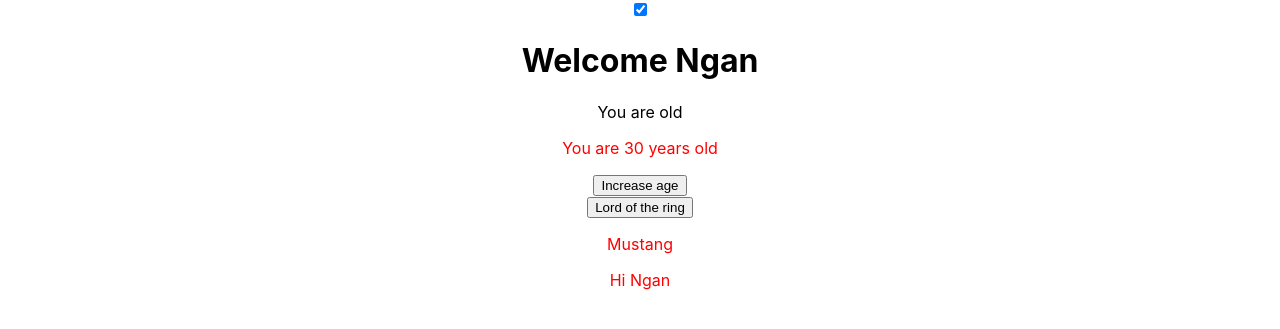
Repository: nguyenthibichngan/learn-react-redux
Page: /
An editor plug-in stored every save of this project. The page is shown before and after the next save, followed by the edit.
The browser window is 1280 px wide. The pictures show the whole page.
The project was rebuilt for these pictures with package versions that can differ from the ones it lists, and the page was loaded fresh each time.

Above is the page before, as saved 2023-09-11 15:08:31.

After the next save:
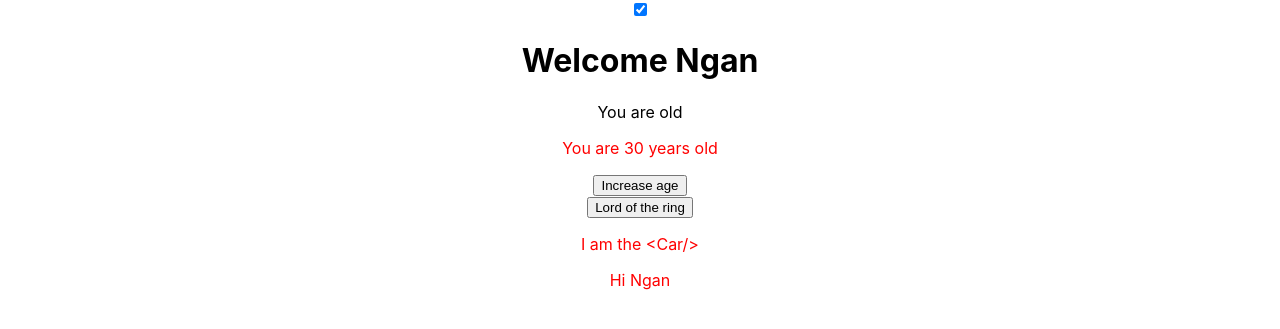
Saved 86 s later.
--- a/src/component/Car/Car.js
+++ b/src/component/Car/Car.js
@@ -1,7 +1,3 @@
 export function Car(props) {
-  return (
-    <div>
-      <p>Mustang</p>
-    </div>
-  );
+  return <p>I am the {"<Car/>"}</p>;
 }
